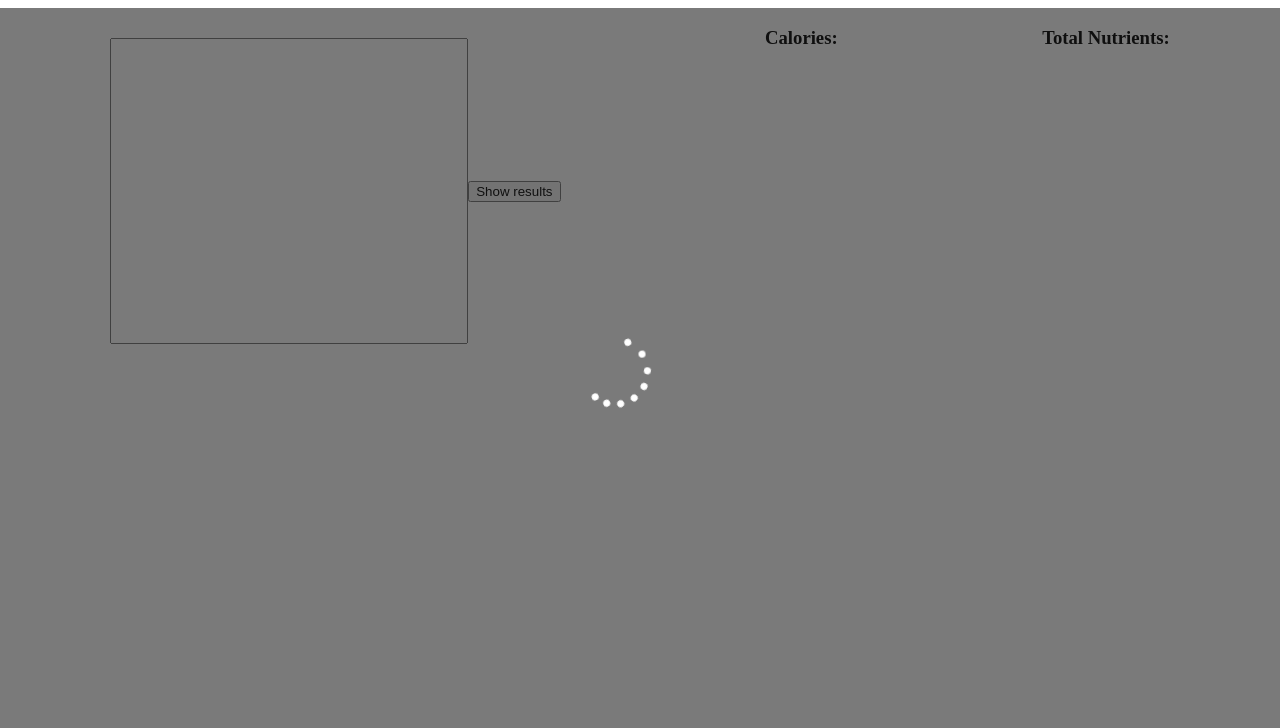
Repository: asya-aisa/nutrition-app
Page: /
These files come from the project's save history. The page is drawn as it stood at one moment and after a run of saves; the edit follows.
The browser window is 1280 px wide. The pictures show the whole page.
The page's requests for data from a server got no answer. The project was rebuilt for these pictures with package versions that can differ from the ones it lists, and the page was loaded fresh each time. No one was signed in, and anything a server would have sent is missing. Also part of the build but not shown: src/MyComponent.js.

Above is the page before, as saved 2023-09-25 18:21:06.

### src/App.js

import { useEffect, useState } from 'react';
import './App.css';
import MyComponent from './MyComponent';
import LoaderPage from './Loader/LoaderPage';

function App() {

  const [userText, setUserText] = useState({
    ingr: ["1 apple", "2 banana"]
  })

  const [bodyText, setBodyText] = useState({ingr: ["1 apple", "2 banana"]})
  const [nutrientsArray, setNutrientsArray] = useState([])
  const [caloriesState, setCaloriesState] = useState('')

  const [stateLoader, setStateLoader] = useState(false)

  useEffect(() => {
    const getNutrients = async () => {
      setStateLoader(true)

      const response = await fetch('https://api.edamam.com/api/nutrition-details?app_id=bce19124&app_key=%20d13039e09e0cad1255cc69b09c620945%09', {
        method: 'POST',
        headers: {
          'Content-Type': 'application/json;charset=utf-8'
        },
        body: JSON.stringify(bodyText)
      })
      const data = await response.json()
      setCaloriesState(data.calories)

      let nutrients = data.totalNutrients

      if(nutrients === undefined || nutrients === null) {
        alert('error')
        setStateLoader(false)
      }
      else{setNutrientsArray(Object.values(data.totalNutrients))
        setStateLoader(false)
      }
    }
    getNutrients()
  }, [bodyText])

  const handleInput = (e) => {
    setUserText({ingr: e.target.value.split(',')})
  }

  const changeBody = (e) => {
    e.preventDefault()
    setBodyText(userText)
  }

  return (
    <div className="App">
{stateLoader && <LoaderPage />}
      <form>
        <input type='text' onChange={handleInput} />
        <button onClick={changeBody}>Show results</button>
      </form>
      <h3>Calories: {caloriesState}</h3>

      <div>
        <h3>Total Nutrients:</h3>
        {nutrientsArray.map((elem, index) => (
        <MyComponent
        key={index}
        label={elem.label}
        quantity={elem.quantity.toFixed()}
        unit={elem.unit}/>

        ))}

      </div>

    </div>
  );
}

export default App;

### src/App.css
.App {
  display: flex;
  justify-content: space-around;
}
ul, li {
  list-style: none;
  margin: 3px;
  padding: 0px;
}
input {
  margin-top: 30px;
  width: 350px;
  height: 300px;
}

### src/Loader/LoaderPage.js
import './style.css';
import Loader from "./Loader"

const LoaderPage = () => {
    return(<div className="container_loader">
        <Loader />
    </div>)
}
export default LoaderPage;

### src/Loader/style.css
.container_loader {
    position: absolute;
    width: 100%;
    height: 100%;
    background-color: #1a1a1a94;
    }

    .lds-roller {
    position: absolute;
    top: 45%;
    left: 45%;
    }

    .lds-roller div {
    animation: lds-roller 1.2s cubic-bezier(0.5, 0, 0.5, 1) infinite;
    transform-origin: 40px 40px;
    }

    .lds-roller div:after {
    content: " ";
    display: block;
    position: absolute;
    width: 7px;
    height: 7px;
    border-radius: 50%;
    background: #fff;
    margin: -4px 0 0 -4px;
    z-index: 2;
    }

    .lds-roller div:nth-child(1) {
    animation-delay: -0.036s;
    }

    .lds-roller div:nth-child(1):after {
    top: 63px;
    left: 63px;
    }

    .lds-roller div:nth-child(2) {
    animation-delay: -0.072s;
    }

    .lds-roller div:nth-child(2):after {
    top: 68px;
    left: 56px;
    }

    .lds-roller div:nth-child(3) {
    animation-delay: -0.108s;
    }

    .lds-roller div:nth-child(3):after {
    top: 71px;
    left: 48px;
    }

    .lds-roller div:nth-child(4) {
    animation-delay: -0.144s;
    }

    .lds-roller div:nth-child(4):after {
    top: 72px;
    left: 40px;
    }

    .lds-roller div:nth-child(5) {
    animation-delay: -0.18s;
    }

    .lds-roller div:nth-child(5):after {
    top: 71px;
    left: 32px;
    }

    .lds-roller div:nth-child(6) {
    animation-delay: -0.216s;
    }

    .lds-roller div:nth-child(6):after {
    top: 68px;
    left: 24px;
    }

    .lds-roller div:nth-child(7) {
    animation-delay: -0.252s;
    }

    .lds-roller div:nth-child(7):after {
    top: 63px;
    left: 17px;
    }

    .lds-roller div:nth-child(8) {
    animation-delay: -0.288s;
    }

    .lds-roller div:nth-child(8):after {
    top: 56px;
    left: 12px;
    }

    @keyframes lds-roller {
    0% {
    transform: rotate(0deg);
    }

    100% {
    transform: rotate(360deg);
    }
    }

### src/Loader/Loader.js
import './style.css';
const Loader = () => {
    return(<div className="lds-roller">
        <div></div>
        <div></div>
        <div></div>
        <div></div>
        <div></div>
        <div></div>
        <div></div>
        <div></div>
    </div>)
}

export default Loader;

Loaded but not shown: public/index.html (common file); src/index.js (common file); src/reportWebVitals.js (common file)

After the next 4 saves:
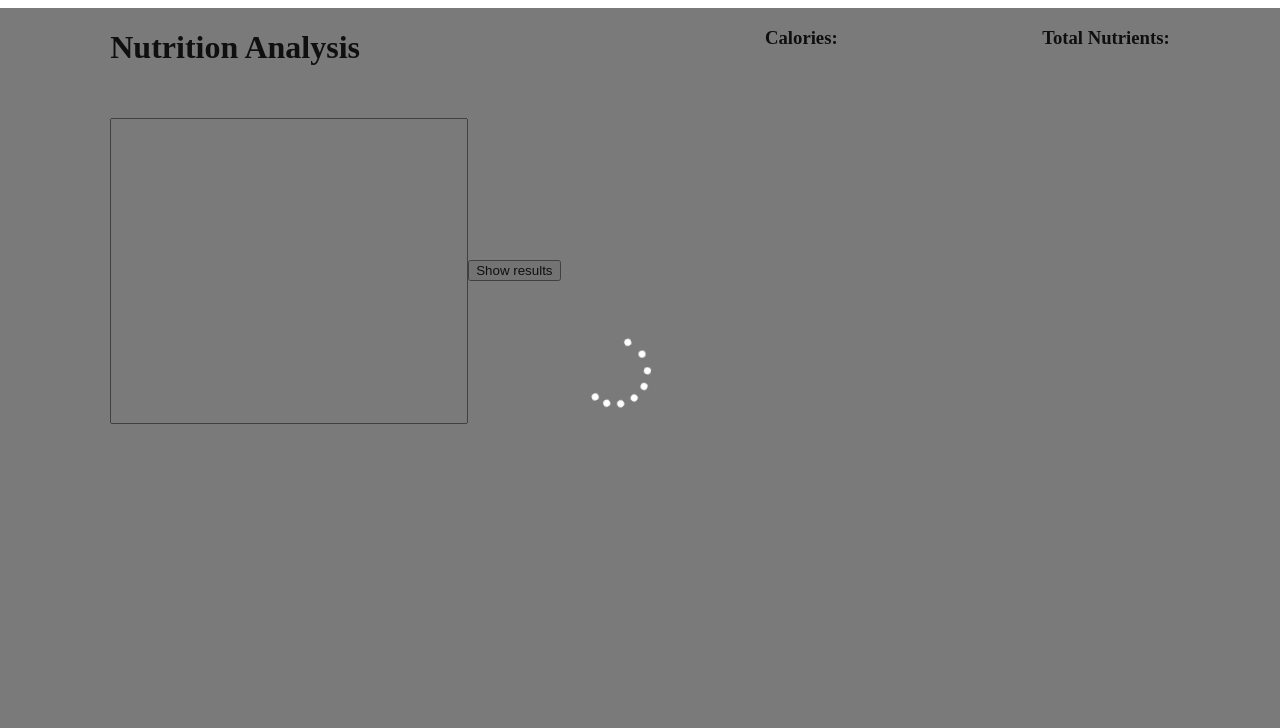
The 4 saves are shown as one change because they came seconds apart.
The last was saved 2 h 19 min later.
--- a/src/App.js
+++ b/src/App.js
@@ -56,6 +56,7 @@ function App() {
     <div className="App">
 {stateLoader && <LoaderPage />}
       <form>
+        <h1>Nutrition Analysis</h1>
         <input type='text' onChange={handleInput} />
         <button onClick={changeBody}>Show results</button>
       </form>
